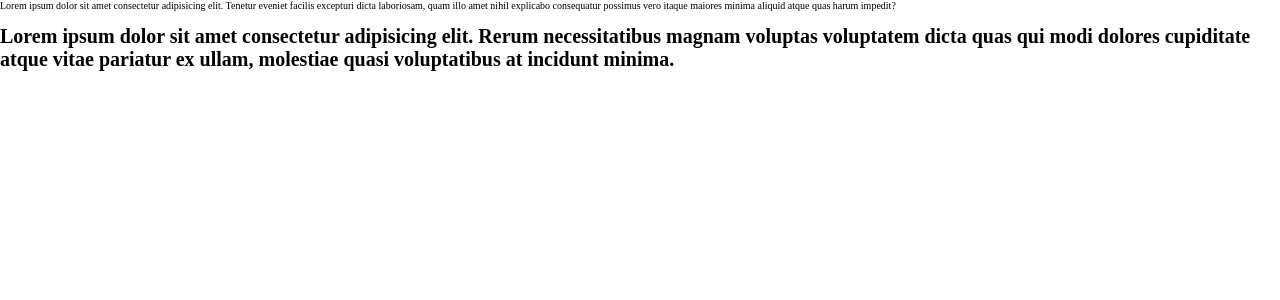
Repository: 0385246651/Shoppee-UI
Page: index.html
An editor plug-in stored every save of this project. The page is shown before and after the next save, followed by the edit.
The browser window is 1280 px wide. The pictures show the whole page.

Above is the page before, as saved 2022-11-03 16:34:53.

### index.html
<!DOCTYPE html>
<html lang="en">

<head>
    <meta charset="UTF-8">
    <meta http-equiv="X-UA-Compatible" content="IE=edge">
    <meta name="viewport" content="width=device-width, initial-scale=1.0">
    <title>Shoppee Fake</title>
    <link rel="stylesheet" href="https://cdnjs.cloudflare.com/ajax/libs/normalize/8.0.1/normalize.min.css"
        integrity="sha512-NhSC1YmyruXifcj/KFRWoC561YpHpc5Jtzgvbuzx5VozKpWvQ+4nXhPdFgmx8xqexRcpAglTj9sIBWINXa8x5w=="
        crossorigin="anonymous" referrerpolicy="no-referrer" />
    <link rel="stylesheet" href="./assets/css/base.css">
    <link rel="stylesheet" href="./assets/css/main.css">
</head>
Lorem ipsum dolor sit amet consectetur adipisicing elit. Tenetur eveniet facilis excepturi dicta laboriosam, quam illo
amet nihil explicabo consequatur possimus vero itaque maiores minima aliquid atque quas harum impedit?

<body>
    <h1>Lorem ipsum dolor sit amet consectetur adipisicing elit. Rerum necessitatibus magnam voluptas voluptatem dicta
        quas qui modi dolores cupiditate atque vitae pariatur ex ullam, molestiae quasi voluptatibus at incidunt minima.
    </h1>
</body>

</html>

### assets/css/base.css
/* Reset CSS */
:root{
    --white-color: #fff;
    --black-color: #000;
    ---text-color: #333;
}

*{
    box-sizing: inherit;

}

html{
    /* 16px */
    font-size: 62.5%;
}

body{

}

Loaded but not shown: assets/css/main.css (no copy from this time; the picture is the same without it)

After the next save:
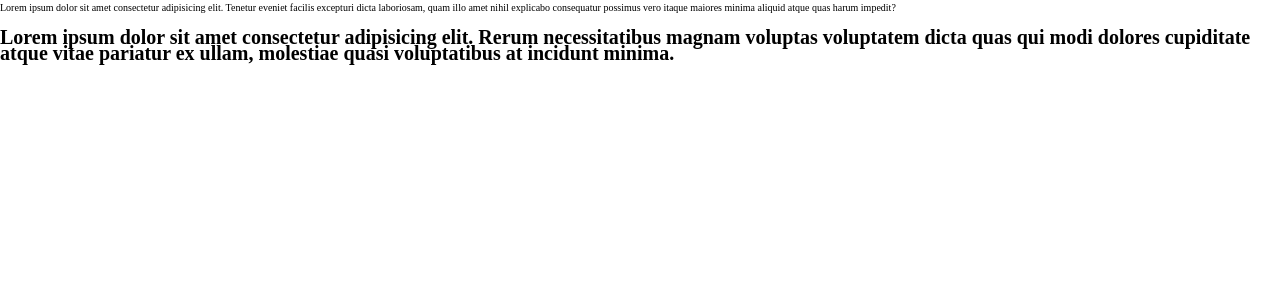
Saved 9 min 51 s later.
--- a/assets/css/base.css
+++ b/assets/css/base.css
@@ -11,8 +11,9 @@
 }
 
 html{
-    /* 16px */
+    /* Hack  */
     font-size: 62.5%;
+    line-height: 1.6rem;
 }
 
 body{
